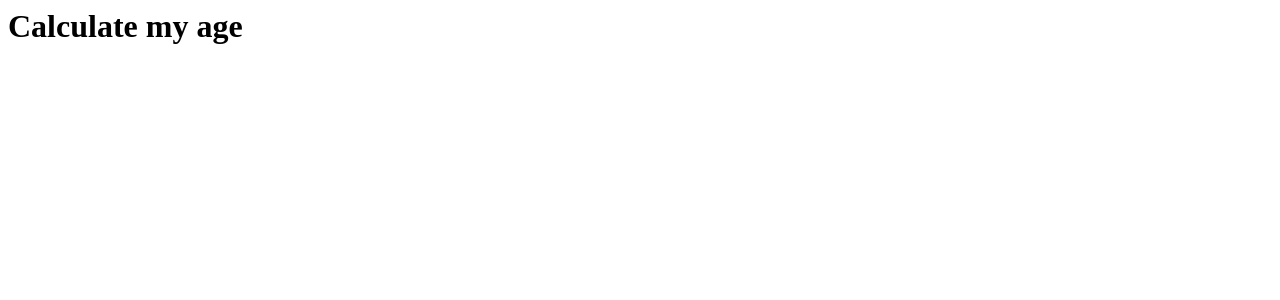
Repository: fahjan/routs-project
Page: http://localhost/date_of_birth
An editor plug-in stored every save of this project. The page is shown before and after the next save, followed by the edit.
The browser window is 1280 px wide. The pictures show the whole page.
Some web fonts or font styles are not loaded; a fallback is used. The page is served by the project's Laravel application, run on PHP 8.4 with Laravel 12.

Above is the page before, as saved 2025-12-24 09:02:08.

After the next save:
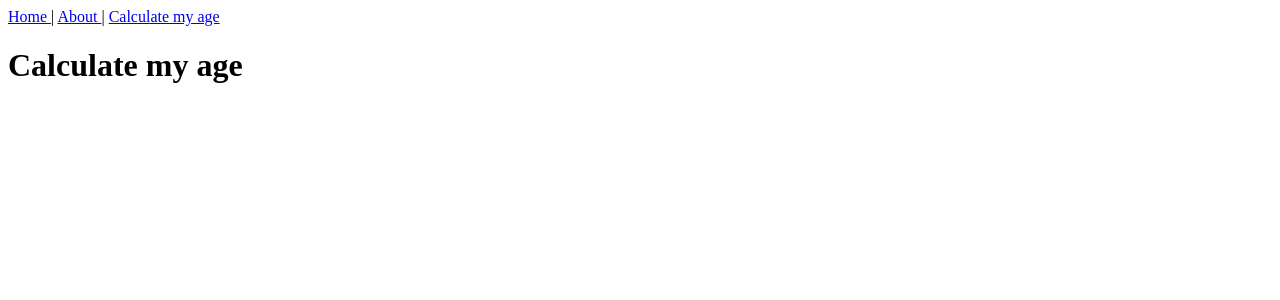
Saved 18 s later.
--- a/resources/views/date_of_birth_form.blade.php
+++ b/resources/views/date_of_birth_form.blade.php
@@ -1 +1,6 @@
-<h1>Calculate my age</h1>
+@extends('layouts.template')
+
+@section('content')
+    <h1>Calculate my age</h1>
+
+@endsection
